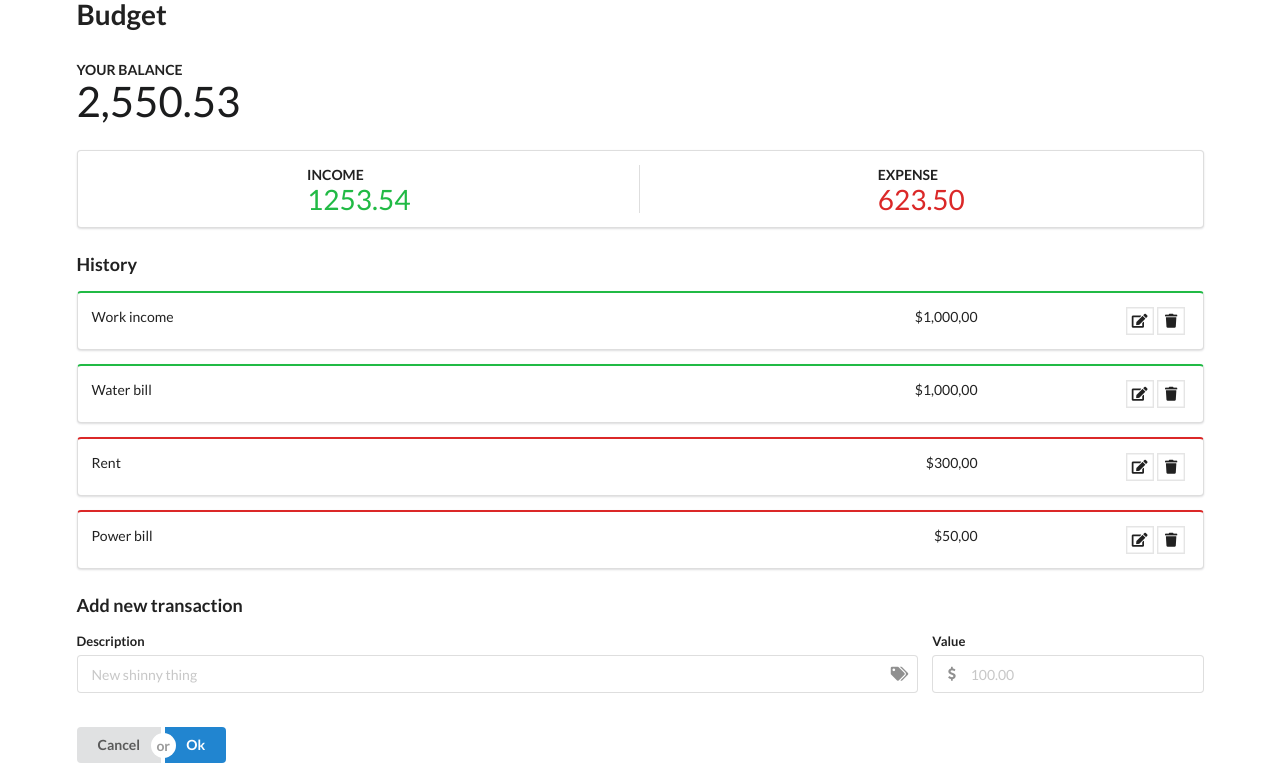
Repository: khuetn/budget-react
Page: /
An editor plug-in stored every save of this project. The page is shown before and after a run of saves, followed by the edit.
The browser window is 1280 px wide. The pictures show the whole page.
The project was rebuilt for these pictures with package versions that can differ from the ones it lists, and the page was loaded fresh each time. Also part of the build but not shown: src/App.css.

Above is the page before, as saved 2021-07-19 21:32:38.

### src/App.js
import { useState } from "react";
import { Container } from "semantic-ui-react";
import "./App.css";
import DisplayBalance from "./components/DisplayBalance";
import DisplayBalances from "./components/DisplayBalances";
import EntryLine from "./components/EntryLine";
import EntryLines from "./components/EntryLines";
import MainHeader from "./components/MainHeader";
import NewEntryForm from "./components/NewEntryForm";

function App() {
  const [entries, setEntries] = useState(initialEntries);

  function deleteEntry(id) {
    const result = entries.filter((entry) => entry.id !== id);
    setEntries(result);
  }

  function addEntry(description, value) {
    const result = entries.concat({
      id: entries.length + 1,
      description,
      value,
    });
    console.log("result", result);
    console.log("entries", entries);
    setEntries(result);
  }
  return (
    <Container>
      <MainHeader title="Budget" />

      <DisplayBalance title="Your Balance" value="2,550.53" size="small" />
      <DisplayBalances />

      <MainHeader title="History" type="h3" />
      <EntryLines entries={entries} deleteEntry={deleteEntry} />

      <MainHeader title="Add new transaction" type="h3" />
      <NewEntryForm addEntry={addEntry} />
    </Container>
  );
}

export default App;

var initialEntries = [
  {
    id: 1,
    description: "Work income",
    value: "$1,000,00",
    isExpense: false,
  },
  {
    id: 2,
    description: "Water bill",
    value: "$1,000,00",
    isExpense: false,
  },

  {
    id: 3,
    description: "Rent",
    value: "$300,00",
    isExpense: true,
  },
  {
    id: 4,
    description: "Power bill",
    value: "$50,00",
    isExpense: true,
  },
];

### src/components/DisplayBalance.js
import React from "react";
import { Statistic } from "semantic-ui-react";

function DisplayBalance({ title, value, color = "black", size = "tiny" }) {
  return (
    <Statistic size={size} color={color}>
      <Statistic.Label style={{ textAlign: "left" }}>{title}</Statistic.Label>
      <Statistic.Value>{value}</Statistic.Value>
    </Statistic>
  );
}

export default DisplayBalance;

### src/components/DisplayBalances.js
import React from "react";
import { Grid, Segment } from "semantic-ui-react";
import DisplayBalance from "./DisplayBalance";

function DisplayBalances() {
  return (
    <Segment textAlign="center">
      <Grid columns={2} divided>
        <Grid.Row>
          <Grid.Column>
            <DisplayBalance title="income" value="1253.54" color="green" />
          </Grid.Column>
          <Grid.Column>
            <DisplayBalance title="expense" value="623.50" color="red" />
          </Grid.Column>
        </Grid.Row>
      </Grid>
    </Segment>
  );
}

export default DisplayBalances;

### src/components/EntryLine.js
import React from "react";
import { Grid, Icon, Segment } from "semantic-ui-react";

function EntryLine({ id, description, value, isExpense = false, deleteEntry }) {
  return (
    <Segment color={isExpense ? "red" : "green"}>
      <Grid columns={3} textAlign="right">
        <Grid.Row>
          <Grid.Column width={10} textAlign="left">
            {description}
          </Grid.Column>
          <Grid.Column width={3} textAlign="right">
            {value}
          </Grid.Column>
          <Grid.Column width={3}>
            <Icon name="edit" bordered />
            <Icon name="trash" bordered onClick={() => deleteEntry(id)} />
          </Grid.Column>
        </Grid.Row>
      </Grid>
    </Segment>
  );
}

export default EntryLine;

### src/components/EntryLines.js
import React from "react";
import { Container } from "semantic-ui-react";
import EntryLine from "./EntryLine";

function EntryLines({ entries, deleteEntry }) {
  return (
    <Container>
      {entries.map((entry) => (
        <EntryLine key={entry.id} {...entry} deleteEntry={deleteEntry} />
      ))}
    </Container>
  );
}

export default EntryLines;

### src/components/MainHeader.js
import React from "react";
import { Header } from "semantic-ui-react";

function Mainheader({ title, type = "h1" }) {
  return <Header as={type}>{title}</Header>;
}

export default Mainheader;

### src/components/NewEntryForm.js
import React, { useState } from "react";
import { Form } from "semantic-ui-react";
import ButtonSaveorCancel from "./ButtonSaveorCancel";
function NewEntryForm({ addEntry }) {
  const [description, setDescription] = useState("");
  const [value, setValue] = useState("");
  const [isExpense, setIsExpense] = useState(true);
  return (
    <Form unstackable>
      <Form.Group>
        <Form.Input
          icon="tags"
          width={12}
          label="Description"
          placeholder="New shinny thing"
          value={description}
          onChange={(event) => setDescription(event.target.value)}
        />
        <Form.Input
          icon="dollar"
          width={4}
          label="Value"
          placeholder="100.00"
          iconPosition="left"
          value={value}
          onChange={(event) => setValue(event.target.value)}
        />
      </Form.Group>
      <ButtonSaveorCancel
        addEntry={addEntry}
        description={description}
        value={value}
      />
    </Form>
  );
}

export default NewEntryForm;

### src/components/ButtonSaveorCancel.js
import React from "react";
import { Button } from "semantic-ui-react";
function ButtonSaveorCancel({ addEntry, description, value }) {
  return (
    <Button.Group style={{ marginTop: 20 }}>
      <Button>Cancel</Button>
      <Button.Or />
      <Button primary onClick={() => addEntry(description, value)}>
        Ok
      </Button>
    </Button.Group>
  );
}

export default ButtonSaveorCancel;

Loaded but not shown: public/index.html (common file); src/index.js (common file); src/index.css (common file)

After the next 2 saves:
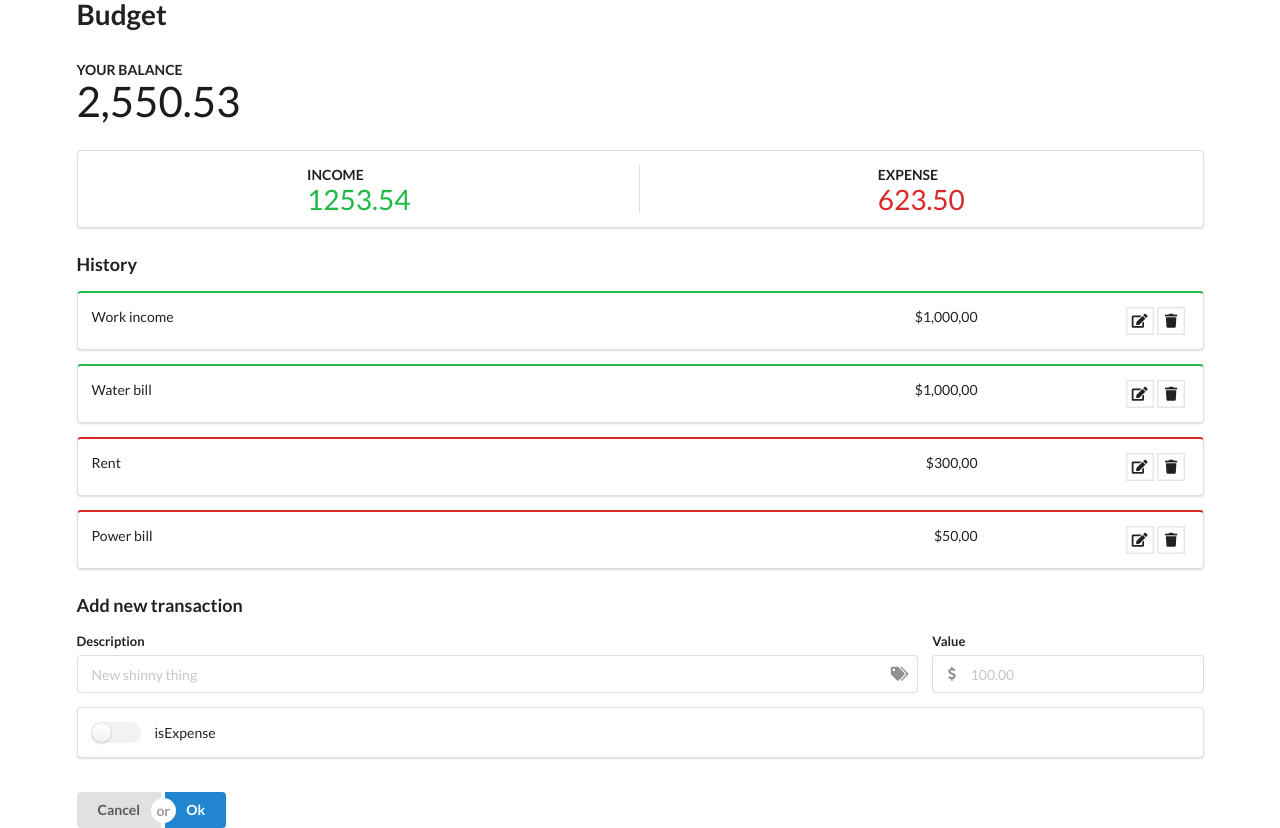
The 2 saves are shown as one change because 1 did not build or start.
The last was saved 83 s later.
--- a/src/components/NewEntryForm.js
+++ b/src/components/NewEntryForm.js
@@ -1,5 +1,5 @@
 import React, { useState } from "react";
-import { Form } from "semantic-ui-react";
+import { Checkbox, Form, Segment } from "semantic-ui-react";
 import ButtonSaveorCancel from "./ButtonSaveorCancel";
 function NewEntryForm({ addEntry }) {
   const [description, setDescription] = useState("");
@@ -26,6 +26,9 @@ function NewEntryForm({ addEntry }) {
           onChange={(event) => setValue(event.target.value)}
         />
       </Form.Group>
+      <Segment>
+        <Checkbox toggle label="isExpense" />
+      </Segment>
       <ButtonSaveorCancel
         addEntry={addEntry}
         description={description}
